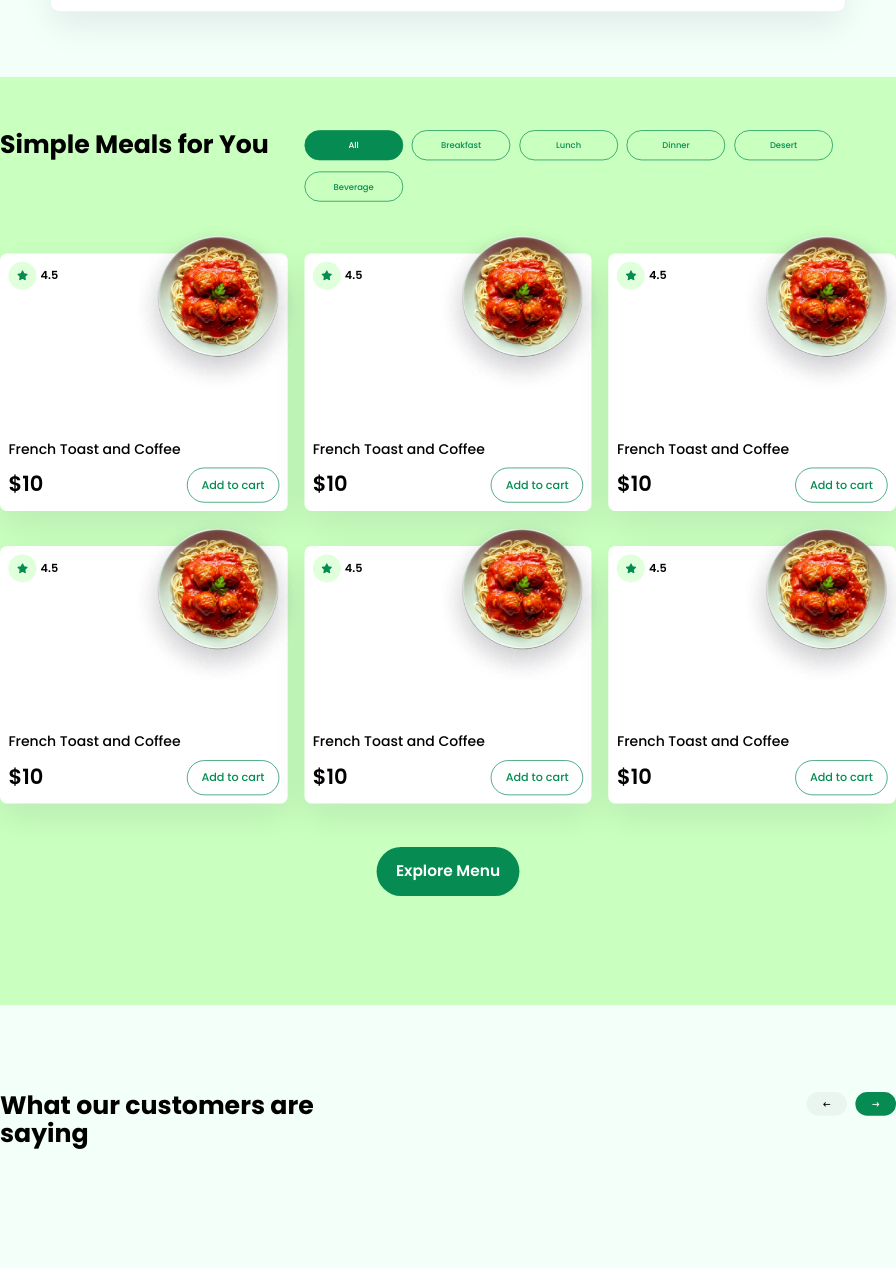
Repository: nguyennam1029/balbal
Page: index.html
The author's editor kept a copy of each file at every save. The page is drawn from the files as they stood at one save, then again after the next save.
The browser window is 1280 px wide. The pictures show the part of the page from y = 1040 to 2960 px (the page is 2852 px tall before and 2960 px after), at 70% of full size.
Some web libraries are served in a nearby version.

Above is the page before, as saved 2022-07-06 18:19:19.

After the next save:
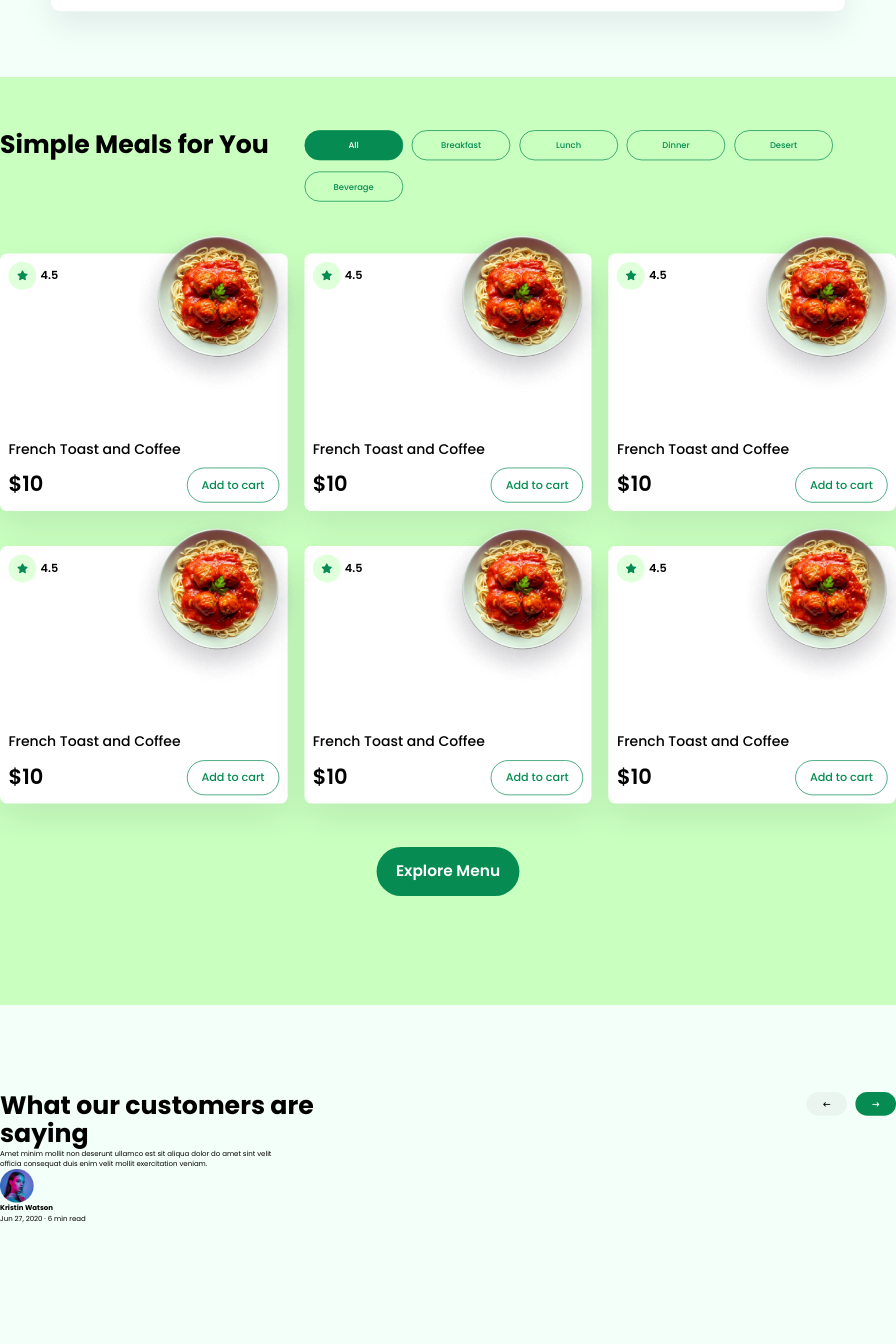
Saved 14 min 47 s later.
--- a/index.html
+++ b/index.html
@@ -278,6 +278,24 @@
                   </div>
                 </div>
               </div>
+              <div class="row">
+                <div class="col l-4">
+                  <div class="comment-item">
+                    <span class="comment-title">
+                      Amet minim mollit non deserunt ullamco est sit aliqua dolor do amet sint velit officia consequat duis enim velit mollit exercitation veniam.
+                    </span>
+                    <div class="comment-info">
+                      <div class="info-right">
+                        <img src="images/cmt1.png" alt="">
+                        <div class="info-right--des">
+                          <h4 class="info-right--name">Kristin Watson</h4>
+                          <span class="info-right--time">Jun 27, 2020 · 6 min read</span>
+                        </div>
+                      </div>
+                    </div>
+                  </div>
+                </div>
+              </div>
             </div>
           </div>
         </div>
